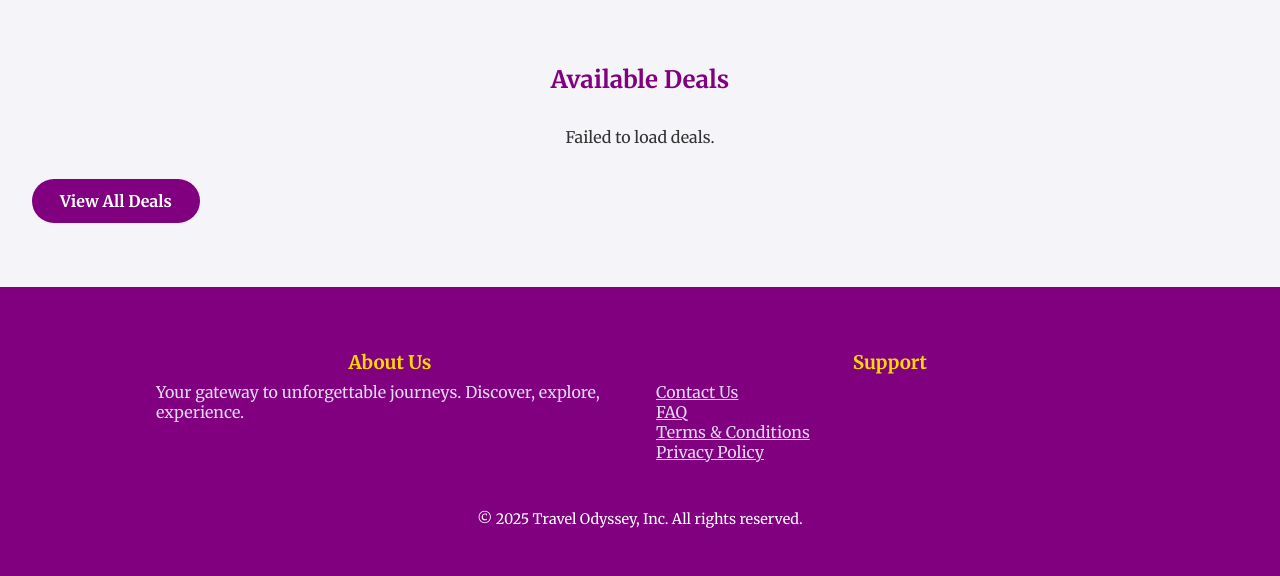
Repository: GHzPhoenix/Project-Odyssey
Page: Frontend/index.html
The author's editor kept a copy of each file at every save. The page is drawn from the files as they stood at one save, then again after the next save.
The browser window is 1280 px wide. The pictures show the part of the page from y = 712 to 1288 px (the page is 1288 px tall before and 1192 px after).
The page's requests for data from a server got no answer.

Above is the page before, as saved 2025-06-09 00:32:07.

### Frontend/index.html
<!DOCTYPE html>
<html lang="en">
  <head>
    <meta charset="UTF-8" />
    <meta name="viewport" content="width=device-width, initial-scale=1.0" />
    <title>Travel Odyssey</title>

    <link rel="stylesheet" href="/Frontend/css/home.css" />
    <link rel="preconnect" href="https://fonts.googleapis.com" />
    <link rel="preconnect" href="https://fonts.gstatic.com" crossorigin />
    <link
      href="https://fonts.googleapis.com/css2?family=Merriweather:wght@300;400;700;900&display=swap"
      rel="stylesheet"
    />
  </head>
  <body>
    <header>
      <nav>
        <div class="logo">
          <img src="/Frontend/assets/your-logo.png" alt="Logo" />
          Travel Odyssey
        </div>
        <button
          class="menu-toggle"
          aria-label="Toggle navigation"
          onclick="toggleMenu()"
        >
          <div></div>
          <div></div>
          <div></div>
        </button>
        <ul class="nav-menu">
          <li><a href="index.html" class="active">Home</a></li>
          <li><a href="deals.html">Deals</a></li>
          <li class="dropdown-parent">
            <a href="#">Services ▼</a>
            <div class="dropdown">
              <a href="membership.html">Memberships</a>
              <a href="dream.html">Plan Your Trip</a>
              <a href="client-area.html">Client Area</a>
            </div>
          </li>
          <li><a href="contact.html">Contact</a></li>
          <li><a href="signup.html" class="signup-btn">Sign Up</a></li>
        </ul>
      </nav>
    </header>

    <main>
      <section class="hero">
        <div class="hero-content">
          <h1>Experience the World with Us</h1>
          <p>
            Discover bespoke journeys, exclusive deals, and unforgettable
            memories.
          </p>
          <div class="hero-buttons">
            <a href="deals.html" class="btn-primary">Browse Deals</a>
            <a href="membership.html" class="btn-outline">Join Membership</a>
          </div>
        </div>
      </section>

      <section class="preview-deals">
        <h2>Available Deals</h2>
        <div class="deals-container" id="home-deals"></div>
        <a href="deals.html" class="button-link">View All Deals</a>
      </section>
    </main>

    <footer class="footer">
      <div class="footer-container">
        <div class="footer-section">
          <h3>About Us</h3>
          <p>
            Your gateway to unforgettable journeys. Discover, explore,
            experience.
          </p>
        </div>
        <div class="footer-section">
          <h3>Support</h3>
          <ul>
            <li><a href="contact.html">Contact Us</a></li>
            <li><a href="faq.html">FAQ</a></li>
            <li><a href="terms.html">Terms & Conditions</a></li>
            <li><a href="privacy.html">Privacy Policy</a></li>
          </ul>
        </div>
      </div>
      <div class="footer-bottom">
        <p>© 2025 Travel Odyssey, Inc. All rights reserved.</p>
      </div>
    </footer>

    <script>
      function toggleMenu() {
        document.querySelector(".nav-menu").classList.toggle("active");
      }

      async function loadHomeDeals() {
        const container = document.getElementById("home-deals");
        container.innerHTML = "Loading…";
        try {
          const res = await fetch("http://127.0.0.1:5001/api/deals");
          if (!res.ok) throw new Error();
          const deals = await res.json();
          container.innerHTML = "";
          if (deals.length === 0) {
            container.innerHTML = "<p class='no-deals'>No deals available.</p>";
            return;
          }
          deals.slice(0, 3).forEach((deal) => {
            const card = document.createElement("div");
            card.className = "deal-card";
            const from = new Date(deal.start_date).toLocaleDateString();
            const to = new Date(deal.end_date).toLocaleDateString();
            card.innerHTML = `
              <img src="${deal.image_url}" alt="${deal.name}" />
              <div class="deal-card-body">
                <h3>${deal.name}</h3>
                <p>${from} – ${to}</p>
                <a href="client-area.html?deal=${deal.id}" class="card-button">Explore</a>
              </div>
            `;
            container.appendChild(card);
          });
        } catch {
          container.innerHTML = "<p class='no-deals'>Failed to load deals.</p>";
        }
      }

      document.addEventListener("DOMContentLoaded", loadHomeDeals);
    </script>
  </body>
</html>

### Frontend/css/home.css
@import url("https://fonts.googleapis.com/css2?family=Merriweather:wght@300;400;700;900&display=swap");

:root {
  --primary: purple;
  --primary-light: #947fff;
  --accent: #ff6f91;
  --text-dark: #333;
  --bg-light: #f4f4f9;
  --white: #fff;
}

* {
  box-sizing: border-box;
  margin: 0;
  padding: 0;
}

body {
  font-family: "Merriweather", serif;
  background: var(--bg-light);
  color: var(--text-dark);
  display: flex;
  flex-direction: column;
  min-height: 100vh;
}

h1,
h2,
h3 {
  font-weight: 700;
  color: var(--primary);
  text-align: center;
  margin-bottom: 1rem;
}

header {
  background: var(--primary);
}
header nav {
  display: flex;
  align-items: center;
  justify-content: space-between;
  padding: 1rem 2rem;
}
header .logo {
  display: flex;
  align-items: center;
  gap: 0.5rem;
  color: var(--white);
  font-size: 1.5rem;
}
header .logo img {
  height: 32px;
  width: 32px;
  object-fit: cover;
  border-radius: 50%;
}
header .menu-toggle {
  display: none;
  flex-direction: column;
  gap: 4px;
  cursor: pointer;
}
header .menu-toggle div {
  width: 28px;
  height: 3px;
  background: var(--white);
}
header .nav-menu {
  list-style: none;
  display: flex;
  gap: 1rem;
}
header .nav-menu li {
  position: relative;
}
header .nav-menu a {
  color: var(--white);
  text-decoration: none;
  padding: 0.5rem 1rem;
  background: var(--primary-light);
  border-radius: 4px;
  transition: background 0.3s;
}
header .nav-menu a.active,
header .nav-menu a:hover {
  background: var(--accent);
  color: yellow;
}
header .dropdown-parent:hover .dropdown {
  display: flex;
  opacity: 1;
  transform: translateY(0);
}
header .dropdown-parent .dropdown {
  display: none;
  position: absolute;
  top: 100%;
  left: 0;
  flex-direction: column;
  background: var(--white);
  border-radius: 4px;
  box-shadow: 0 4px 8px rgba(0, 0, 0, 0.15);
  opacity: 0;
  transform: translateY(10px);
  transition: opacity 0.3s, transform 0.3s;
  z-index: 100;
}
header .dropdown a {
  padding: 0.5rem 1rem;
  color: var(--text-dark);
  white-space: nowrap;
}

@media (max-width: 768px) {
  header .menu-toggle {
    display: flex;
  }
  header .nav-menu {
    position: absolute;
    top: 60px;
    left: 0;
    right: 0;
    background: var(--primary);
    flex-direction: column;
    display: none;
    padding: 1rem 0;
  }
  header .nav-menu.active {
    display: flex;
  }
  header .nav-menu li {
    text-align: center;
  }
  header .dropdown-parent .dropdown {
    position: static;
    background: var(--primary);
    box-shadow: none;
  }
  header .dropdown a {
    color: var(--white);
  }
}

.hero {
  position: relative;
  display: flex;
  align-items: center;
  justify-content: center;
  height: 90vh;
  min-height: 500px;
  background: linear-gradient(rgba(0, 0, 0, 0.4), rgba(0, 0, 0, 0.4)),
    url("/Frontend/assets/hero-bg.jpg") center/cover no-repeat;
  text-align: center;
  color: var(--white);
}
.hero::before {
  content: "";
  position: absolute;
  inset: 0;
  background: rgba(0, 0, 0, 0.2);
}
.hero-content {
  position: relative;
  z-index: 1;
  max-width: 800px;
  padding: 0 1rem;
}
.hero-content h1 {
  font-size: 3.5rem;
  line-height: 1.2;
  margin-bottom: 1rem;
  text-transform: uppercase;
  letter-spacing: 1px;
}
.hero-content p {
  font-size: 1.25rem;
  margin-bottom: 2rem;
  line-height: 1.6;
  color: #f0e6ff;
}
.hero-buttons {
  display: flex;
  gap: 1rem;
  flex-wrap: wrap;
  justify-content: center;
}
.hero-buttons a {
  display: inline-block;
  padding: 0.85rem 2rem;
  border-radius: 30px;
  font-size: 1rem;
  font-weight: 700;
  transition: transform 0.3s, box-shadow 0.3s, background 0.3s;
}
.btn-primary {
  background: var(--accent);
  color: var(--white);
}
.btn-primary:hover {
  background: #ff4a75;
}
.btn-outline {
  background: transparent;
  border: 2px solid var(--white);
  color: var(--white);
}
.btn-outline:hover {
  background: var(--white);
  color: var(--primary);
}

.features {
  padding: 4rem 2rem;
}
.features h2 {
  margin-bottom: 2rem;
}
.feature-cards {
  display: grid;
  grid-template-columns: repeat(auto-fit, minmax(240px, 1fr));
  gap: 2rem;
  max-width: 1000px;
  margin: 0 auto;
}
.feature-card {
  background: var(--white);
  padding: 2rem 1rem;
  border-radius: 12px;
  box-shadow: 0 4px 12px rgba(0, 0, 0, 0.1);
  text-align: center;
  transition: transform 0.3s;
}
.feature-card:hover {
  transform: translateY(-5px);
}
.feature-card img {
  width: 64px;
  height: 64px;
  margin-bottom: 1rem;
}
.feature-card h3 {
  margin-bottom: 0.5rem;
  font-size: 1.25rem;
}
.feature-card p {
  color: #555;
  font-size: 0.95rem;
  line-height: 1.4;
}

.preview-deals {
  padding: 4rem 2rem;
}
.preview-deals h2 {
  margin-bottom: 2rem;
}
.preview-deals .deals-container {
  display: flex;
  flex-wrap: wrap;
  gap: 1.5rem;
  justify-content: center;
}
.preview-deals .deal-card {
  background: var(--white);
  border-radius: 12px;
  box-shadow: 0 4px 10px rgba(0, 0, 0, 0.1);
  overflow: hidden;
  width: 280px;
  transition: transform 0.3s;
}
.preview-deals .deal-card:hover {
  transform: translateY(-6px);
}
.preview-deals img {
  width: 100%;
  height: 180px;
  object-fit: cover;
}
.preview-deals .deal-card-body {
  padding: 1rem;
}
.preview-deals .deal-card-body h3 {
  margin-bottom: 0.5rem;
  color: var(--primary);
}
.preview-deals .deal-card-body p {
  margin-bottom: 1rem;
  color: #666;
}
.preview-deals .card-button {
  display: inline-block;
  padding: 0.6rem 1.2rem;
  background: var(--primary);
  color: var(--white);
  border-radius: 20px;
  text-decoration: none;
  transition: background 0.3s;
}
.preview-deals .card-button:hover {
  background: var(--accent);
}
.preview-deals .button-link {
  display: inline-block;
  margin-top: 2rem;
  color: var(--primary-light);
  text-decoration: underline;
}

.footer {
  background: var(--primary);
  color: var(--white);
  padding: 3rem 1rem;
}
.footer-container {
  display: flex;
  flex-wrap: wrap;
  justify-content: space-between;
  max-width: 1000px;
  margin: 0 auto;
}
.footer-section {
  flex: 1;
  min-width: 200px;
  margin: 1rem;
}
.footer-section h3 {
  margin-bottom: 0.5rem;
  color: #ffd700;
}
.footer-section p,
.footer-section ul li a {
  color: #e5d8f3;
}
.footer-section ul {
  list-style: none;
}
.footer-bottom {
  text-align: center;
  margin-top: 2rem;
  font-size: 0.9rem;
}

@media (max-width: 1024px) {
  .feature-cards,
  .preview-deals .deals-container {
    flex-direction: column;
    align-items: center;
  }
}

@media (max-width: 768px) {
  .hero-content h1 {
    font-size: 2.2rem;
  }
  .hero-content p {
    font-size: 1rem;
  }
  .hero-buttons a {
    padding: 0.75rem 1.5rem;
    font-size: 0.95rem;
  }
}
.preview-deals .button-link {
  display: inline-block;
  margin-top: 2rem;
  padding: 0.75rem 1.75rem;
  background: var(--primary);
  color: var(--white);
  border-radius: 30px;
  font-weight: 700;
  text-decoration: none;
  transition: background 0.3s, transform 0.2s;
  justify-content: center;
  align-self: center;
}

.preview-deals .button-link:hover {
  background: var(--accent);
  transform: translateY(-2px);
}

After the next save:
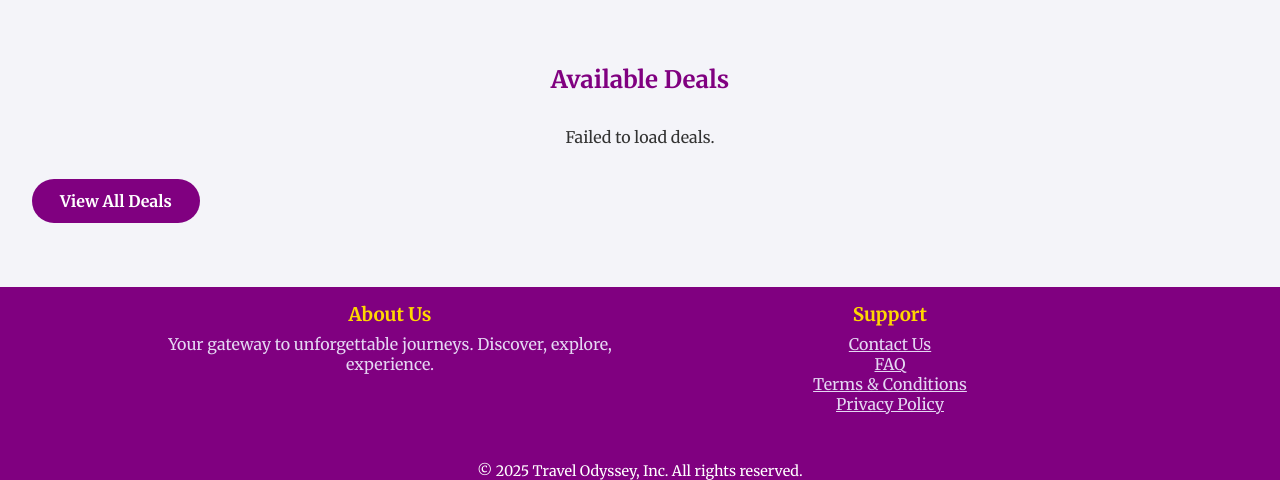
Saved 60 s later.
--- a/Frontend/css/home.css
+++ b/Frontend/css/home.css
@@ -307,10 +307,11 @@ header .dropdown a {
   text-decoration: underline;
 }
 
-.footer {
-  background: var(--primary);
-  color: var(--white);
-  padding: 3rem 1rem;
+footer {
+  background-color: purple;
+  color: white;
+  text-align: center;
+  padding: 0%;
 }
 .footer-container {
   display: flex;
